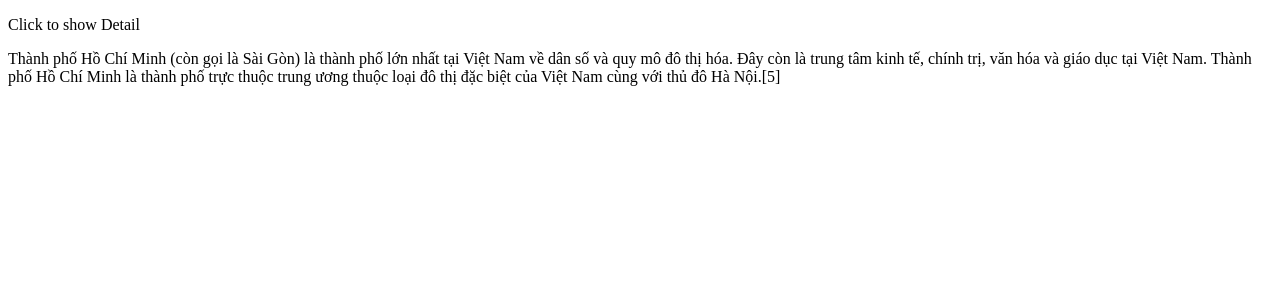
Repository: Tan-Khang21/TH_TKW--Buoi_07
Page: Bai_Tap_Mau/Bai_01/Display1.html
An editor plug-in stored every save of this project. The page is shown before and after the next save, followed by the edit.
The browser window is 1280 px wide. The pictures show the whole page.

Above is the page before, as saved 2024-03-12 15:30:39.

After the next save:
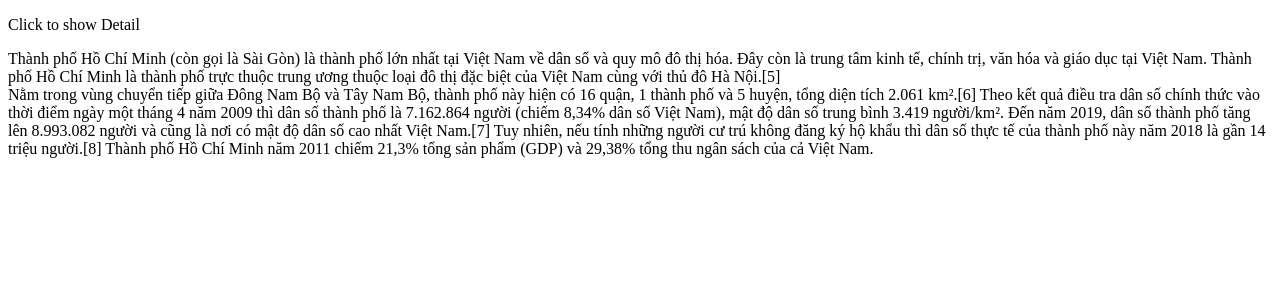
Saved 33 s later.
--- a/Bai_Tap_Mau/Bai_01/Display1.html
+++ b/Bai_Tap_Mau/Bai_01/Display1.html
@@ -13,7 +13,18 @@
         Việt Nam về dân số và quy mô đô thị hóa. Đây còn là trung tâm kinh tế,
         chính trị, văn hóa và giáo dục tại Việt Nam. Thành phố Hồ Chí Minh là
         thành phố trực thuộc trung ương thuộc loại đô thị đặc biệt của Việt Nam
-        cùng với thủ đô Hà Nội.[5]
+        cùng với thủ đô Hà Nội.[5] <br />
+
+        Nằm trong vùng chuyển tiếp giữa Đông Nam Bộ và Tây Nam Bộ, thành phố này
+        hiện có 16 quận, 1 thành phố và 5 huyện, tổng diện tích 2.061 km².[6]
+        Theo kết quả điều tra dân số chính thức vào thời điểm ngày một tháng 4
+        năm 2009 thì dân số thành phố là 7.162.864 người (chiếm 8,34% dân số
+        Việt Nam), mật độ dân số trung bình 3.419 người/km². Đến năm 2019, dân
+        số thành phố tăng lên 8.993.082 người và cũng là nơi có mật độ dân số
+        cao nhất Việt Nam.[7] Tuy nhiên, nếu tính những người cư trú không đăng
+        ký hộ khẩu thì dân số thực tế của thành phố này năm 2018 là gần 14 triệu
+        người.[8] Thành phố Hồ Chí Minh năm 2011 chiếm 21,3% tổng sản phẩm (GDP)
+        và 29,38% tổng thu ngân sách của cả Việt Nam.
       </p>
     </div>
   </body>
